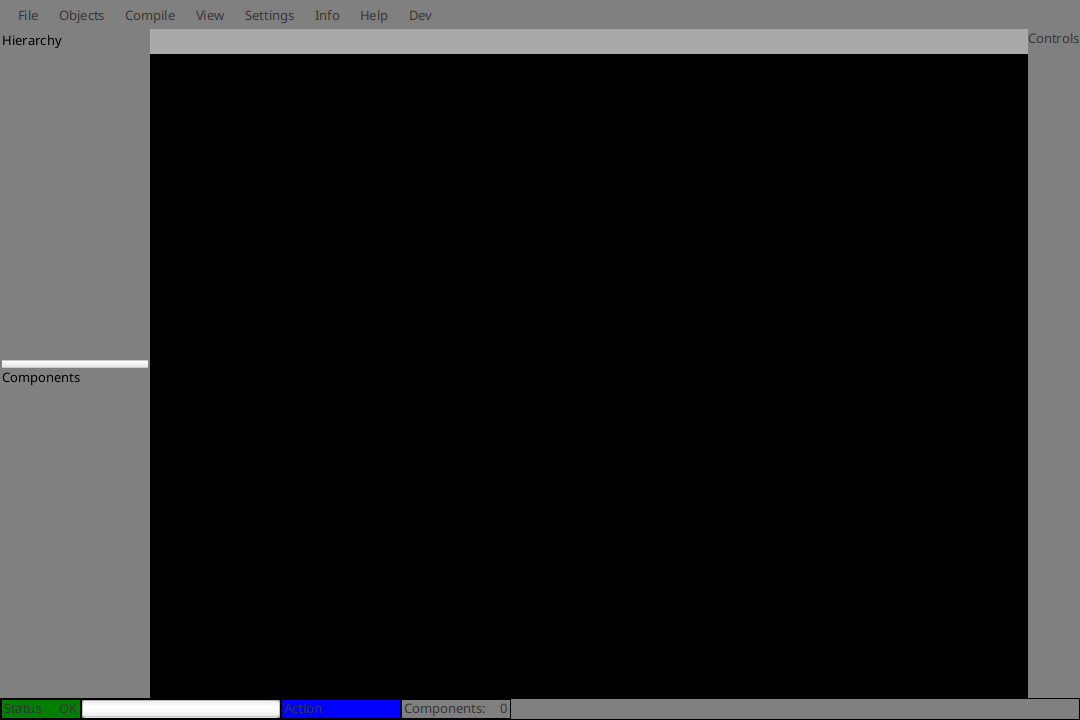
Repository: knoxaramav2/Sapa
Program's window: java nSketch/nSketch/src/system/Launcher.java
An editor plug-in stored every save of this project. The program's window is shown before and after the next save, followed by the edit.
It runs on Java 21 on a 1366 x 768 screen with JavaFX 11; the title bar is not drawn.

Above is the program's window before, as saved 2016-02-29 04:05:00.

### nSketch/nSketch/src/system/Launcher.java
package system;

import gui.Controller;
import gui.SubController;
import javafx.application.Application;
import javafx.event.ActionEvent;
import javafx.event.EventHandler;
import javafx.fxml.FXMLLoader;
import javafx.scene.Parent;
import javafx.scene.Scene;
import javafx.scene.control.Button;
import javafx.scene.layout.StackPane;
import javafx.stage.Stage;

public class Launcher extends Application{

	int defaultWidth = 1080;
	int defaultHeight = 720;

	public static void main(String[] args) {
		launch(args);
	}

	@Override
	public void start(Stage primaryStage) throws Exception {

		Controller CT = new Controller(new Settings(primaryStage), primaryStage);//primary controller
		FXMLLoader loader = new FXMLLoader(getClass().getResource("../gui/Layout.fxml"));//load primary FXML

		loader.setController(CT);

		loader.load();


		Scene scene = new Scene(loader.getRoot(),defaultWidth,defaultHeight);

		primaryStage.setScene(scene);
		primaryStage.show();
	}

}

### nSketch/nSketch/src/gui/Controller.java
package gui;

import java.awt.Desktop;
import java.io.File;
import java.io.FileInputStream;
import java.io.IOException;

import javafx.event.ActionEvent;
import javafx.fxml.FXML;
import javafx.fxml.FXMLLoader;
import javafx.scene.Parent;
import javafx.scene.Scene;
import javafx.scene.control.Button;
import javafx.scene.control.Label;
import javafx.scene.text.Text;
import javafx.stage.FileChooser;
import javafx.stage.FileChooser.ExtensionFilter;
import javafx.stage.Modality;
import javafx.stage.Stage;
import javafx.stage.StageStyle;
import system.Settings;

public class Controller {

	//Held References
	SubController sCT = null;

	Settings settings = null;
	Stage stage = null;

	@FXML Label statusLabel;
	@FXML Label actionLabel;

	public Controller(Settings st, Stage pStage)
	{
		System.out.println("Controller created");
		settings=st;

		//Load controls
		sCT = new SubController(st, pStage);
		stage=pStage;
	}


	@FXML private Text actionTarget;

	@FXML protected void actAbout(ActionEvent event)
	{
		System.out.println("About Pressed");

		try {
			FXMLLoader fxmlLoader = new FXMLLoader(getClass().getResource("About.fxml"));
			Parent root = (Parent) fxmlLoader.load();
			Stage stage = new Stage();
			stage.initModality(Modality.APPLICATION_MODAL);
			stage.setTitle("About");
			stage.setScene(new Scene(root));
			stage.show();

		} catch (IOException e) {
			// TODO Auto-generated catch block
			e.printStackTrace();
		}
	}

	@FXML protected void actExit(ActionEvent event)
	{
		System.exit(0);
	}

	@FXML protected void actProjectSettings(ActionEvent event)
	{
		System.out.println("Configure Project");

		if (!settings.isProjectActive())
			return;

		try {
			FXMLLoader prjLoader = new FXMLLoader(getClass().getResource("../gui/ProjectSettings.fxml"));//load project settings XML
			prjLoader.setController(sCT);
			Parent root = (Parent) prjLoader.load();
			sCT.LoadForm();
			Stage stage = new Stage();
			stage.initModality(Modality.APPLICATION_MODAL);
			stage.setTitle("Project Settings");
			stage.setScene(new Scene(root));
			stage.show();
		} catch (IOException e) {
			System.out.println("Failed to open configure dialog");
			e.printStackTrace();
		}
	}

	@FXML protected void actDev(ActionEvent event)
	{

		setStatus("Dev");

		try {
			FXMLLoader fxmlLoader = new FXMLLoader(getClass().getResource("Popup.fxml"));
			Parent root = (Parent) fxmlLoader.load();
			Stage stage = new Stage();
			stage.initModality(Modality.APPLICATION_MODAL);
			stage.setTitle("About");
			stage.setScene(new Scene(root));
			stage.show();

		} catch (IOException e) {
			// TODO Auto-generated catch block
			e.printStackTrace();
		}
	}

	@FXML protected void actNewProject(ActionEvent event)
	{
		System.out.println("New Project");

		//prompt for save or cancel
		if (settings.isProjectActive())
		{

		}

		try {
			FXMLLoader npWizard = new FXMLLoader(getClass().getResource("../gui/NewProject.fxml"));//new Project Wizard
			npWizard.setController(sCT);
			Parent root = (Parent) npWizard.load();
			sCT.LoadForm();
			Stage stage = new Stage();
			stage.initModality(Modality.APPLICATION_MODAL);
			stage.setTitle("Project Wizard");
			stage.setScene(new Scene(root));
			stage.show();

		} catch (IOException e) {
			// TODO Auto-generated catch block
			e.printStackTrace();
		}
	}

	@FXML protected void actLoadProject(ActionEvent event)
	{
		System.out.println("Load Project");

		FileChooser fc = new FileChooser();
		fc.setTitle("Open Project File");
		fc.setInitialDirectory(new File(settings.getProjectPath()));

		FileChooser.ExtensionFilter filter = new FileChooser.ExtensionFilter("nSketch Project (*.cns)", "*.cns");
		fc.getExtensionFilters().add(filter);

		File file = fc.showOpenDialog(stage);
		if (file!=null)
		{
			loadProjectFile(file);
		} else
			return;
	}

	@FXML protected void actSaveProject(ActionEvent event)
	{
		System.out.println("Save Project");
	}


	//Utility methods
	protected void loadProjectFile(File file)
	{

		System.out.println(file.getName());
	}

	public void setStatus(String msg)
	{
		statusLabel.setText(msg);
	}
}

### nSketch/nSketch/src/system/Settings.java
package system;

import java.util.ArrayList;

import javafx.stage.Stage;

class Version
{
	int MAJOR;
	int MINOR;
	int PATCH;

	public Version()
	{
		MAJOR=0;
		MINOR=0;
		PATCH=0;
	}

	@Override
	public
	String toString()
	{
		return new String(Integer.toString(MAJOR)+"."+Integer.toString(MINOR)+"."+Integer.toString(PATCH));
	}
}

/*
 * Stores all project information
 *
 */
public class Settings {

	//project information
	String projectName = null;
	String projectPath = null;
	Version version = null;
	Boolean activeProject = null;
	ArrayList <String> fileList = null;

	//Compiler Settings
	Boolean bitmode64;
	String interLang;

	//Biology Globals
	public Double ECSC;//extra cellular space concentration
	public Integer TDF;//time dilation factor

	//system references
	Stage primaryStage = null;

	//file tracking
	ArrayList <String> ProjectFiles = null;

	public Settings(Stage stg)
	{
		projectName = new String();
		projectPath = new String();
		version = new Version();
		activeProject=new Boolean(false);
		fileList = new ArrayList <String>();

		bitmode64 = new Boolean(true);
		interLang = new String("C");

		ECSC = new Double(0.0);
		TDF = new Integer(1);

		primaryStage = stg;

		setProjectName("untitled");
		setProjectPath("projects/");
	}

	public void setProjectName(String name)
	{
		projectName=name;

		projectPath=new String(projectPath+projectName);

		primaryStage.setTitle("nSketch    - "+name);

		System.out.println("Project name set to "+name);
	}

	public void setVersion(int M, int m, int p)
	{
		version.MAJOR=M;
		version.MINOR=m;
		version.PATCH=p;
	}

	public String getProjectName()
	{
		return projectName;
	}

	public Boolean isProjectActive()
	{
		return activeProject;
	}

	public String getProjectPath()
	{
		return projectPath;
	}

	public String getPath()
	{
		return new String(projectPath+projectName+"/");
	}

	public String getVersion()
	{
		return version.toString();
	}

	public String getInterLang()
	{
		return interLang;
	}

	public ArrayList<String> getFileList()
	{
		return fileList;
	}

	public Boolean is64bit()
	{
		return bitmode64;
	}

	public void setProjectPath(String path)
	{
		System.out.println("Settings path to "+path);
		projectPath=path;
	}

	public void setProjectActive(Boolean state)
	{
		activeProject=state;
	}

}

### nSketch/nSketch/src/gui/SubController.java
package gui;

import java.io.File;
import java.io.IOException;

import appFields.VersionField;
import fileIo.ProjectWriter;
import javafx.event.ActionEvent;
import javafx.fxml.FXML;
import javafx.scene.control.Button;
import javafx.scene.control.RadioButton;
import javafx.scene.control.TextField;
import javafx.scene.text.Text;
import javafx.stage.DirectoryChooser;
import javafx.stage.Stage;
import system.FileUtility;
import system.Settings;

public class SubController {

	//User mutable data
	Settings settings = null;
	Stage stage;

	@FXML private TextField prjSetName;
	@FXML private TextField prjPath;
	@FXML private VersionField prjVers;
	@FXML private Button prjSetCancel;
	@FXML private Button prjSetConfirm;
	@FXML private Button prjFileIO;
	@FXML private RadioButton rb1, rb2;

	public SubController(Settings st, Stage stg)
	{
		System.out.println("SubController created");

		settings=st;
		stage=stg;

		prjSetName = new TextField();
		prjPath = new TextField();
	}

	public void LoadForm()
	{
		prjSetName.setText(settings.getProjectName());
		prjPath.setText(settings.getProjectPath());
		rb1.setSelected(true);
		rb2.setSelected(false);
	}

	@FXML protected void actConfirmSettings(ActionEvent event)
	{
		System.out.println("Confirmed Settings");

		//load current information

		//copy data to settings
		settings.setProjectName(prjSetName.getText());

		System.out.println("--> "+prjSetName.getText());


		ProjectWriter.saveProject(settings);

		((Stage) prjSetConfirm.getScene().getWindow()).close();
	}

	@FXML protected void actCancelSettings(ActionEvent event)
	{
		System.out.println("Canceled Settings");

		((Stage) prjSetCancel.getScene().getWindow()).close();

	}

	@FXML protected void actConfirmNewProject(ActionEvent event)
	{
		System.out.println("Project Wizard Confirmation");

		//Validate controls
			//Verify output is unused
		System.out.println("Checking for path or file "+settings.getProjectPath()+prjSetName.getText());
		if (FileUtility.PathExists(settings.getProjectPath()+prjSetName.getText()))
		{
			//path exists
			System.out.println("Project already exists");
		}
		//Create new project files
		settings.setProjectName(prjSetName.getText());
		settings.setProjectPath(prjPath.getText());



		if (ProjectWriter.writeProjectFile(settings))
			settings.setProjectActive(true);
		else
			System.out.println("Project unable to be created");

		((Stage) prjSetConfirm.getScene().getWindow()).close();
	}

	@FXML protected void actCancelNewProject(ActionEvent event)
	{
		System.out.println("Canceled Settings");

		((Stage) prjSetCancel.getScene().getWindow()).close();
	}

	@FXML protected void actSelectPath(ActionEvent event)
	{
		System.out.println("Select Path");

		DirectoryChooser dc = new DirectoryChooser();

		dc.setTitle("Select Project Parent Directory");
		File pth = dc.showDialog(stage);

		if (pth!=null)
		{
			try {
				settings.setProjectPath(pth.getCanonicalPath());
				this.LoadForm();
			} catch (IOException e) {
				// TODO Auto-generated catch block
				e.printStackTrace();
			}
		}
	}
}

### nSketch/nSketch/src/gui/Layout.fxml
<?xml version="1.0" encoding="UTF-8"?>

<?import java.net.*?>
<?import javafx.geometry.*?>
<?import javafx.scene.control.*?>
<?import javafx.scene.layout.*?>
<?import javafx.scene.text.*?>
<?import javafx.scene.layout.VBox?>
<?import javafx.scene.control.SplitPane?>
<?import javafx.scene.layout.Pane?>

<BorderPane xmlns:fx="http://javafx.com/fxml"
	prefHeight="720" prefWidth="1080">

	<bottom>
		<GridPane fx:id="statusPane" prefHeight="20.0" BorderPane.alignment="CENTER"
			style="-fx-background-color:gray; -fx-border-color:black;  -fx-border-width:1; -fx-border-style:solid">
			<AnchorPane style="-fx-border-color:black; -fx-background-color:green" fx:id="statusPane"
				GridPane.columnIndex="0" GridPane.rowIndex="0"
				prefWidth="80">
				<Label text="Status " AnchorPane.leftAnchor="2"/>
				<Label text="OK" fx:id="statusLabel" AnchorPane.rightAnchor="2"/>
			</AnchorPane>
			<ProgressBar fx:id="loadBar" prefHeight="20.0" prefWidth="200" BorderPane.alignment="CENTER" progress="0"
				style="-fx-background-color:gray; -fx-border-color:black;  -fx-border-width:1; -fx-border-style:solid"
				GridPane.columnIndex="1" GridPane.rowIndex="0"/>
			<AnchorPane style="-fx-border-color:black; -fx-background-color:blue" fx:id="actionPane"
				GridPane.columnIndex="2" GridPane.rowIndex="0"
				prefWidth="120">
				<Label text="Action " AnchorPane.leftAnchor="2"/>
				<Label text="" fx:id="actionLabel" AnchorPane.rightAnchor="2"/>
			</AnchorPane>
			<AnchorPane style="-fx-border-color:black" fx:id="statsPane"
				GridPane.columnIndex="3" GridPane.rowIndex="0"
				prefWidth="110">
				<Label text="0" AnchorPane.rightAnchor="2"/>
				<Label text="Components:" fx:id="componentLabel" AnchorPane.leftAnchor="2"/>
			</AnchorPane>
		</GridPane>
	</bottom>
	<left>
		<SplitPane fx:id="lPane" orientation="VERTICAL" style="-fx-background-color:gray; -fx-border-color:gray; -fx-border-width:1; -fx-border-style:solid"
			dividerPositions="0.5" maxHeight="-Infinity" maxWidth="-Infinity" prefHeight="1080" prefWidth="150">
			<items>
				<ScrollPane fx:id="hierarchyPane" style="-fx-background:gray">
					<content>
						<VBox alignment="center">
							<Label text="Hierarchy"/>
							<!-- Current Project Levels -->
						</VBox>
					</content>
				</ScrollPane>
				<ScrollPane fx:id="componentPane" style="-fx-background:gray">
					<content>
						<VBox alignment="center">
							<Label text="Components"/>
							<!-- Current Component templates -->
						</VBox>
					</content>
				</ScrollPane>
			</items>
		</SplitPane>
	</left>
	<top>
		<MenuBar fx:id="menuBar" style="-fx-background-color:gray">
	      <menus>
	         <Menu text="File">
	            <items>
	               <MenuItem text="New Project" onAction="#actNewProject"/>
	               <MenuItem text="Open Project" onAction="#actLoadProject"/>
	               <MenuItem text="Save Project" onAction="#actSaveProject"/>
	               		<SeparatorMenuItem />
	               <MenuItem text="New Diagram"/>
	               <MenuItem text="Open Diagram"/>
	               <MenuItem text="Import Diagram"/>
	               <MenuItem text="Save Diagram"/>
	               <MenuItem text="Save Diagram As"/>
	               		<SeparatorMenuItem  />
	               <MenuItem text="Exit" onAction="#actExit"/>
	            </items>
	         </Menu>
	         <Menu text="Objects">
	            <items>
	               <MenuItem text="View Objects"/>
	               		<SeparatorMenuItem />
	               <MenuItem text="Define New"/>
	            </items>
	         </Menu>
	         <Menu text="Compile">
	            <items>
	               <MenuItem text="Export Connectome"/>
	               <MenuItem text="Compile to Runnable"/>
	            </items>
	         </Menu>
	         <Menu text="View">
	            <items>
	               <MenuItem text="View Settings"/>
	            </items>
	         </Menu>
	         <Menu text="Settings">
	            <items>
	               <MenuItem text="Configure Project" onAction="#actProjectSettings"/>
	               <MenuItem text="Compilation Settings"/>
	               <MenuItem text="Project Settings"/>
	            </items>
	         </Menu>
	         <Menu text="Info">
	            <items>
	               <MenuItem text="Statistics"/>
	            </items>
	         </Menu>
	         <Menu text="Help">
	            <items>
	               <MenuItem text="About" onAction="#actAbout"/>
	            </items>
	         </Menu>
	         <Menu text="Dev">
	            <items>
	               <MenuItem text="Test Feature" onAction="#actDev"/>
	            </items>
	         </Menu>
	      </menus>
	   </MenuBar>
	  </top>
	<center>
		<VBox>
			<children>
				<TabPane style="-fx-background-color:darkgray" minHeight="25">

				</TabPane>
				<Pane style="-fx-background-color:black" prefHeight="720">

				</Pane>
			</children>
		</VBox>
	</center>
	<right>
		<VBox style="-fx-background-color:gray">
			<Label text="Controls"/>
		</VBox>
	</right>

</BorderPane>

After the next save:
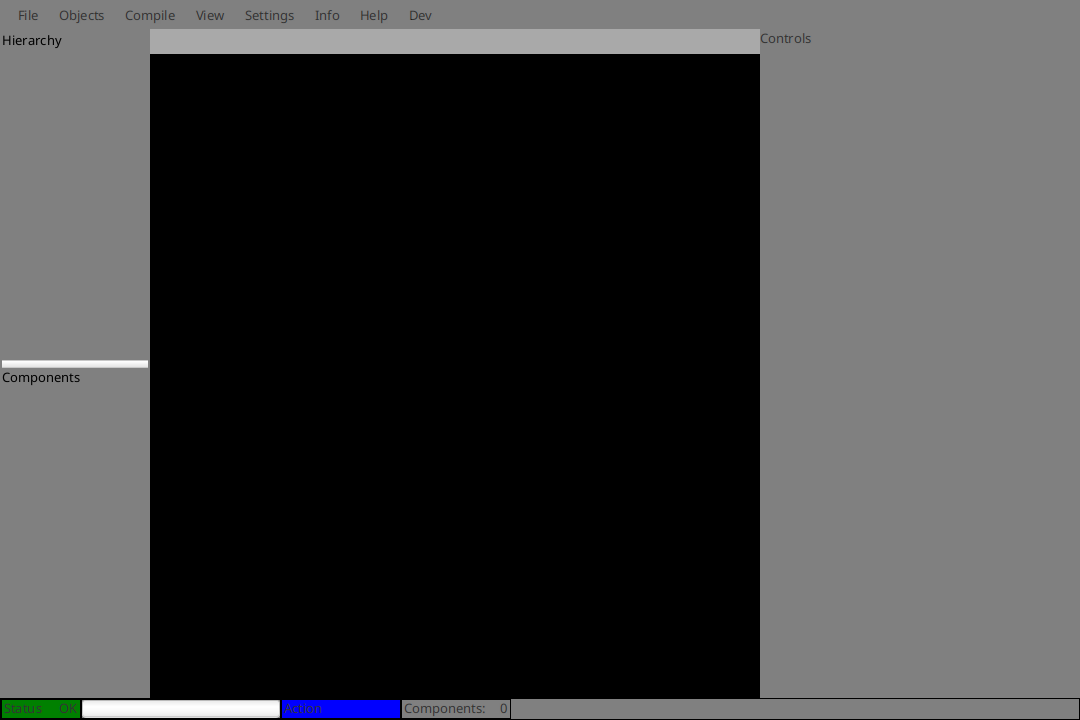
Saved 17 s later.
--- a/nSketch/nSketch/src/gui/Layout.fxml
+++ b/nSketch/nSketch/src/gui/Layout.fxml
@@ -135,7 +135,7 @@
 		</VBox>
 	</center>
 	<right>
-		<VBox style="-fx-background-color:gray">
+		<VBox style="-fx-background-color:gray" prefWidth="320">
 			<Label text="Controls"/>
 		</VBox>
 	</right>
